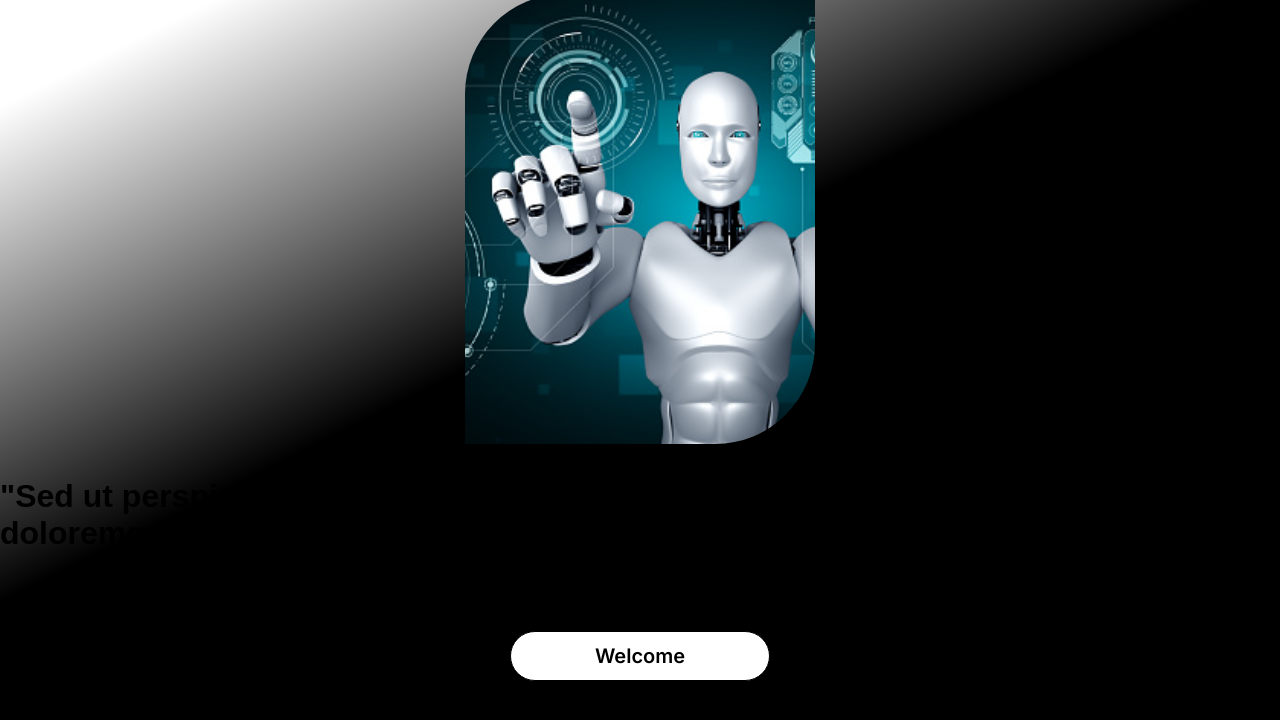
Repository: Cherced/virtualassistant
Page: /WelcomeS
An editor plug-in stored every save of this project. The page is shown before and after the next save, followed by the edit.
The browser window is 1280 px wide. The pictures show the whole page.
The project was rebuilt for these pictures with package versions that can differ from the ones it lists, and the page was loaded fresh each time. The framework's server and built-in components were replaced by stand-ins that run in the browser.

Above is the page before, as saved 2022-07-15 13:36:53.

### pages/_app.js
import '../sass/global.scss';


const MyApp = ({ Component, pageProps }) => {
    return <Component {...pageProps} />
  }


export default MyApp

### pages/_document.js
import { Html, Head, Main, NextScript } from 'next/document'

export default function Document() {

  return (
    <Html lang="en">
      <Head />
      <body>
        <Main />
        <div id="portal"></div>
        <NextScript />
      </body>
    </Html>
  )
}

### pages/WelcomeS.jsx
import React from 'react'
import {BasicButton} from '../components/atoms/buttons/BasicButton'

const WelcomeS = () => {
  return (
    <div className="WelcomeS">
      <header className="WelcomeS__header">
        <img className="WelcomeS__header--img" src="/img/robotWs.png" alt="Robot"/>
      </header>
      <main className="WelcomeS__main">
        <h1 className="WelcomeS__main--title">
        "Sed ut perspiciatis unde omnis iste natus error sit voluptatem accusantium doloremque laudantium"
        </h1>
      </main>
      <footer className="WelcomeS__footer">
          <BasicButton type="button" color="white" title="Welcome" aria="Welcome Button" />
      </footer>
    </div>
  )
}

export default WelcomeS

### sass/global.scss
@import './vars';
@import './components';
@import './pages/draft';
@import './pages/welcome';
@import './pages/welcomeS';

### components/atoms/buttons/BasicButton.jsx
import React from 'react'

export const BasicButton = (props) => {
  return (
    <button className={`basic__button ${props.color}`} type={props.type} aria-label={props.aria}>
      {props.title}
    </button>
  )
}

### sass/_vars.scss
@import url('https://fonts.googleapis.com/css2?family=Inter:wght@100;200;300;500;600;700;800;900&family=Roboto:ital,wght@0,100;0,300;0,400;0,500;0,700;0,900;1,100;1,300;1,400;1,500;1,700;1,900&display=swap');
@import url('https://fonts.googleapis.com/css2?family=Roboto:ital,wght@0,100;0,300;0,400;0,500;0,700;0,900;1,100;1,300;1,400;1,500;1,700;1,900&family=Ubuntu:ital,wght@0,300;0,400;0,500;0,700;1,300;1,400;1,500;1,700&display=swap');

$mainColor: black;
$mainTextColor: white;
$mainFont: 'Inter';
$subTitle: 'Roboto';


*{
    box-sizing: border-box;
    margin: 0;
    padding: 0;
    font-family: Arial, Helvetica, sans-serif;
}

### sass/_components.scss
@import './components/headers/welcomeHeader';
@import './components/carrousels/carrousel';
@import './components/buttons/nextButton';
@import './components/buttons/basicButton';

### sass/components/headers/_welcomeHeader.scss
.brand {
  width: 100%;
  min-height: 500px;
  display: flex;
  background: black;
  border-radius: 0 0 100px 100px;
  box-shadow: 6px 6px 20px 3px rgba(0, 0, 0, 0.2);
  justify-content: center;
  align-items: center;

  .brand__elipse--container {
    display: none;
  }

  .brand__img {
    z-index: 2;
    object-fit: cover;
  }
}

@media screen and (min-width: 1024px) {
  .brand {
    background-repeat: no-repeat;
    background-position: center;
    background-position-y: -200px;
    border-radius: none;
    background-image: url('../../../public/img/Ellipse.png');
    background: linear-gradient(180deg, #000000, #ffffff, #7d7777, #ececec, #7b7b7b, #000000, #545454, #e1e1e1, #e1e1e1);
    background-size: 1800% 1800%;

    -webkit-animation: AnimationName 27s ease infinite;
    -moz-animation: AnimationName 27s ease infinite;
    animation: AnimationName 27s ease infinite;


  .brand__elipse--container {
    display: block;
    position: absolute;
    top: -193px;
    z-index: 1;
  }
  }


@-webkit-keyframes AnimationName {
  0%{background-position:0% 68%}
  50%{background-position:100% 33%}
  100%{background-position:0% 68%}
}
@-moz-keyframes AnimationName {
  0%{background-position:0% 68%}
  50%{background-position:100% 33%}
  100%{background-position:0% 68%}
}
@keyframes AnimationName {
  0%{background-position:0% 68%}
  50%{background-position:100% 33%}
  100%{background-position:0% 68%}
}

}

### sass/components/carrousels/_carrousel.scss
.carrousel {
    max-width: 500px;
    height: auto;
    min-width: 300px;
    overflow: hidden;

    .slider {
        position: relative;
        display: flex;
        width: 200%;
        height: 100%;
    }

    .carrousel__list {
        list-style: none;
        display: flex;
        flex-direction: column;
        width: 100%;

        .carrousel__list--item {
            width: 100%;
            display: flex;
            flex-direction: row;
            align-items: center;
            justify-content: center;

            .carrousel__item--title {
                font-family: $subTitle;
                font-style: normal;
                font-weight: 500;
                font-size: 20px;
                line-height: 24px;
                text-align: center;
                letter-spacing: 0.04em;
                margin-bottom: 30px;
            }

            .carrousel__item--parragraph {
                font-style: normal;
                font-weight: 400;
                font-size: 15px;
                line-height: 18px;
                text-align: center;
                letter-spacing: 0.04em;
                font-family: $mainFont;
                color: #0F184D;
                padding: 0 30px;
                text-align: center;
            }
        }
    }
}

### sass/components/buttons/_nextButton.scss
.button__next {
    display: flex;
    width: auto;
    min-width: 100px;
    height: 50px;
    justify-content: space-around;
    align-items: center;
    background: black;
    color: white;
    border-radius: 100px;
    padding: 0 0 0 30px;
    box-shadow: 5px 5px 10px 0px black;
    cursor: pointer;
    font-family: $mainFont;
    font-size: 16px;


    .button__next--Arrow {
        width: 50px;
        height: 50px;
        display: flex;
        align-items: center;
        justify-content: center;
        background: $mainTextColor;
        border-radius: 100px;
        margin-left: 10px;

        .next__arrow--h1 {
            padding: 10px;
            color: $mainColor;
            font-family: $mainFont;
        }
    }

}

### sass/components/buttons/_basicButton.scss
.basic__button {
    width: 260px;
    height: 50px;
    border-radius: 30px;
}

.black {
    background: black;
    border: 1px solid white;
    font-family: $mainFont;
    font-style: normal;
    font-weight: 600;
    font-size: 20px;
    line-height: 30px;
    text-align: center;
    color: #FFFFFF;
}

.white{
    background: white;
    border: 1px solid black;
    font-family: $mainFont;
    font-style: normal;
    font-weight: 600;
    font-size: 20px;
    line-height: 30px;
    text-align: center;
    color: black;
}

### sass/pages/_draft.scss

.Draft{
    display: flex;
    align-self: center;
    width: 100%;
    justify-content: center;
    height: 100vh;
    flex-direction: column;
    align-items: center;
}

### sass/pages/_welcome.scss
.welcome {
    width: 100%;
    height: 100vh;
    display: flex;
    flex-direction: column;
    align-items: center;
    box-shadow: 7px 8px 20px 7px black;
    justify-items: center;
    justify-content: space-between;

    .main__Content--welcome {
        width: 100%;
        height: 100%;
        display: flex;
        justify-content: center;
        flex-direction: column;
        align-items: center;

        .main__Content--title {
            font-family: $mainFont;
            font-style: normal;
            font-weight: 600;
            font-size: 30px;
            line-height: 18px;
            text-align: center;
            letter-spacing: 0.04em;

            color: #0F184D;
            margin: 30px 0;
        }
    }

    .NavButtons {
        display: flex;
        width: 100%;
        align-items: center;
        justify-content: space-between;
        padding: 0 30px;
        margin: 20px 0;

        .NavButtons__ancord {
            text-decoration: none;
            font-style: normal;
            font-weight: 400;
            font-size: 15px;
            line-height: 18px;
            letter-spacing: 0.04em;
            font-family: $mainFont;
            color: #000000;
        }
    }
}

### sass/pages/_welcomeS.scss
.WelcomeS {
    height: 100vh;
    background: linear-gradient(333.49deg, #000000 55.66%, rgba(217, 217, 217, 0) 92.17%);
    display: flex;
    flex-direction: column;
    align-items: center;
    justify-content: space-around;

    .WelcomeS__header {
        width: 100%;
        height: 50%;
        display: flex;
        align-items: center;
        justify-content: center;

        .WelcomeS__header--img {
            width: 350px;
            height: 450px;
            object-fit: cover;
            border-radius: 100px 0 100px 0;
        }
    }
}

After the next save:
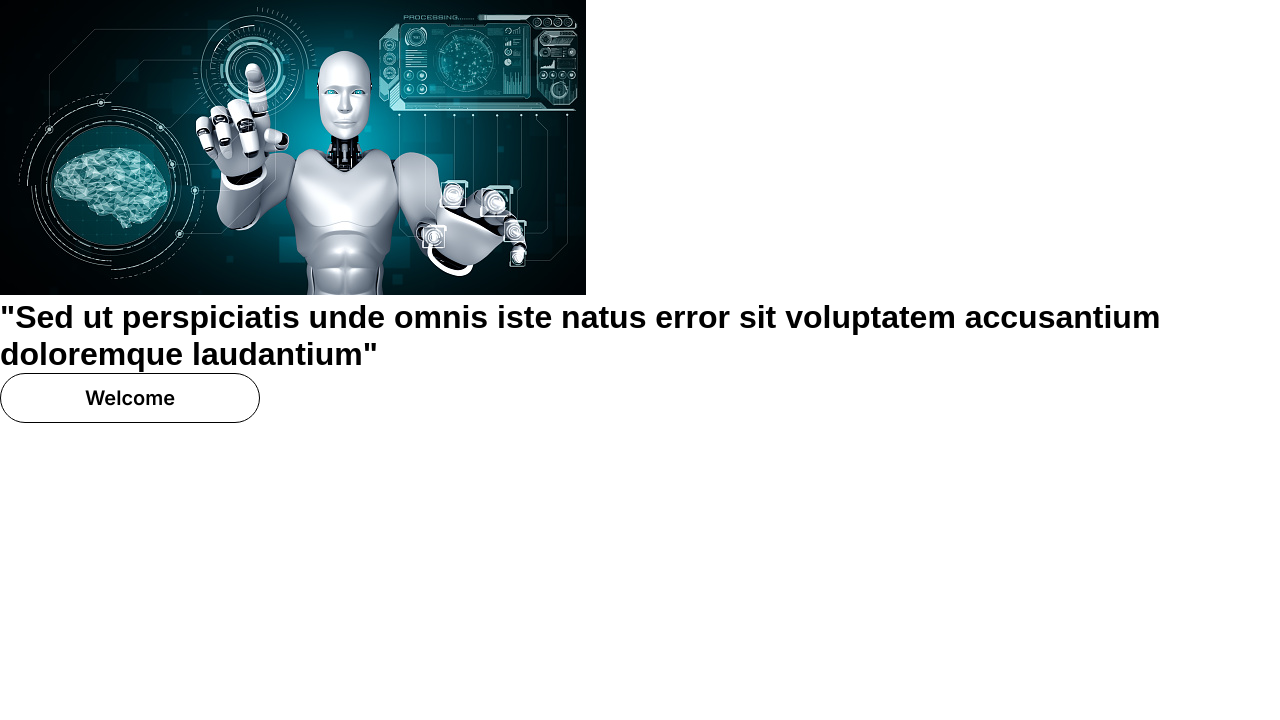
Saved 33 s later.
--- a/pages/WelcomeS.jsx
+++ b/pages/WelcomeS.jsx
@@ -3,16 +3,16 @@ import {BasicButton} from '../components/atoms/buttons/BasicButton'
 
 const WelcomeS = () => {
   return (
-    <div className="WelcomeS">
-      <header className="WelcomeS__header">
-        <img className="WelcomeS__header--img" src="/img/robotWs.png" alt="Robot"/>
+    <div className="welcomeS">
+      <header className="welcomeS__header">
+        <img className="welcomeS__header--img" src="/img/robotWs.png" alt="Robot"/>
       </header>
-      <main className="WelcomeS__main">
-        <h1 className="WelcomeS__main--title">
+      <main className="welcomeS__main">
+        <h1 className="welcomeS__main--title">
         "Sed ut perspiciatis unde omnis iste natus error sit voluptatem accusantium doloremque laudantium"
         </h1>
       </main>
-      <footer className="WelcomeS__footer">
+      <footer className="welcomeS__footer">
           <BasicButton type="button" color="white" title="Welcome" aria="Welcome Button" />
       </footer>
     </div>

After the 2 saves that followed:
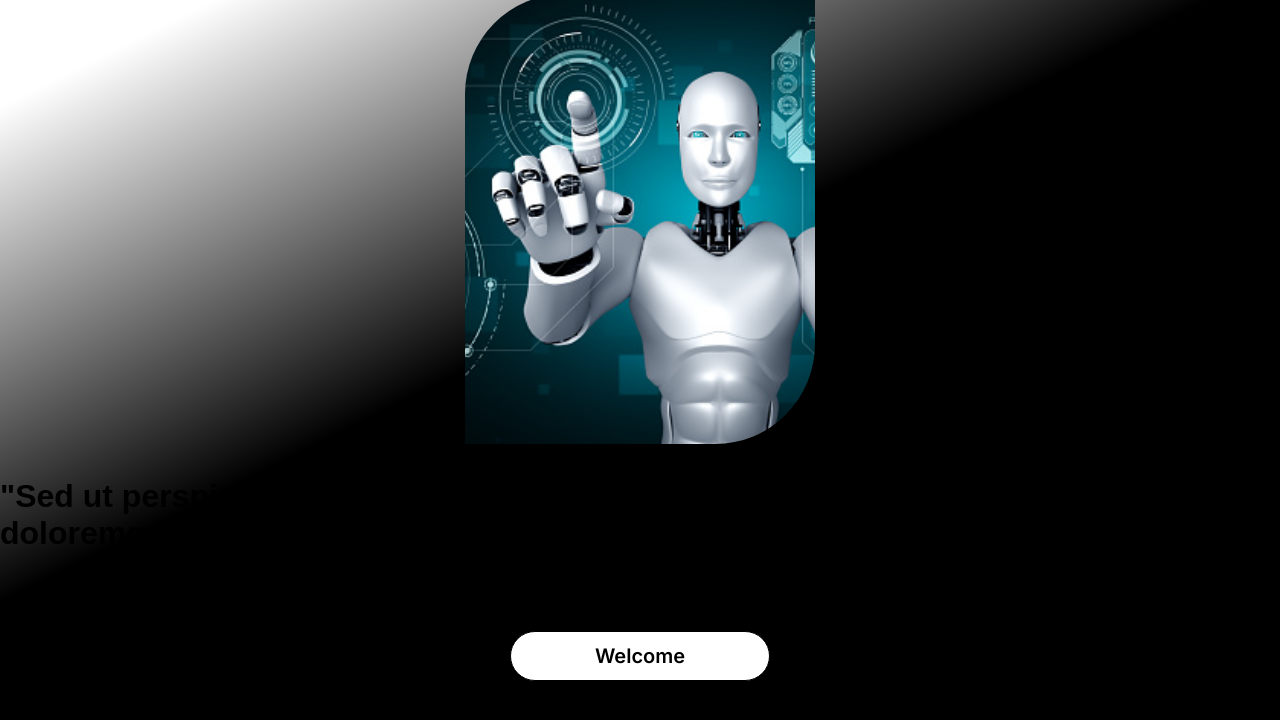
The 2 saves are shown as one change because 1 did not build or start.
The last was saved 26 s later.
--- a/sass/pages/_welcomeS.scss
+++ b/sass/pages/_welcomeS.scss
@@ -1,4 +1,4 @@
-.WelcomeS {
+.welcomeS {
     height: 100vh;
     background: linear-gradient(333.49deg, #000000 55.66%, rgba(217, 217, 217, 0) 92.17%);
     display: flex;
@@ -6,18 +6,21 @@
     align-items: center;
     justify-content: space-around;
 
-    .WelcomeS__header {
+    .welcomeS__header {
         width: 100%;
         height: 50%;
         display: flex;
         align-items: center;
         justify-content: center;
 
-        .WelcomeS__header--img {
+        .welcomeS__header--img {
             width: 350px;
             height: 450px;
             object-fit: cover;
             border-radius: 100px 0 100px 0;
         }
     }
+    .welcomeS__main{
+
+    }
 }
